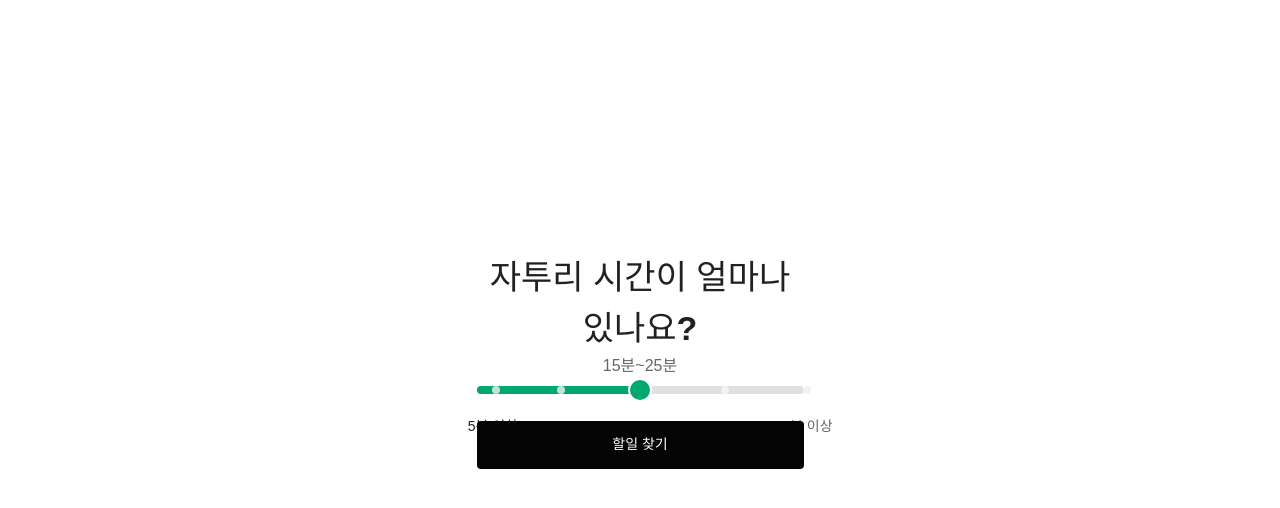
Repository: Tickley-Team/Tickley
Page: /survey
The author's editor kept a copy of each file at every save. The page is drawn from the files as they stood at one save, then again after the next save.
The browser window is 1280 px wide. The pictures show the whole page.
The project was rebuilt for these pictures with package versions that can differ from the ones it lists, and the page was loaded fresh each time. Also part of the build but not shown: vite.config.ts, src/components/BottomNavbar.css, src/components/BottomNavbar.tsx, src/hooks/useLocalStorage.ts, src/stores/timeLeftStore.ts, src/utils.ts, src/components/BasicDialog.tsx, src/pages/Todos.tsx and 12 more.

Above is the page before, as saved 2024-12-09 16:23:01.

### index.html
<!doctype html>
<html lang="en">
  <head>
    <meta charset="UTF-8" />
    <link rel="icon" type="image/svg+xml" href="/src/assets/tickley-favicon.svg" />
    <meta name="viewport" content="width=device-width, initial-scale=1.0" />
    <title>Tickley</title>
    <meta name="description" content="자투리 시간을 알차게 보내고 싶으신가요? 그럼 티클리!">
    <meta property="og:title" content="Tickley">
    <meta property="og:url" content="https://tickley-team.github.io/Tickley/">
    <meta property="og:image" content="https://tickley-team.github.io/Tickley/cute-tickley.png">
    <meta property="og:description" content="자투리 시간을 알차게 보내고 싶으신가요? 그럼 티클리!">
  </head>
  <body>
    <div id="root"></div>
    <script type="module" src="/src/main.tsx"></script>
  </body>
</html>

### src/index.css
:root {
  font-family: Pretandard, system-ui, Avenir, Helvetica, Arial, sans-serif;

  color-scheme: light dark;
  font-synthesis: none;
  text-rendering: optimizeLegibility;
  -webkit-font-smoothing: antialiased;
  -moz-osx-font-smoothing: grayscale;
}

@font-face {
  font-family: 'S-CoreDream-5Medium';
  src: url('https://fastly.jsdelivr.net/gh/projectnoonnu/noonfonts_six@1.2/S-CoreDream-5Medium.woff')
    format('woff');
  font-weight: 500;
  font-style: normal;
}

@font-face {
  font-family: 'S-CoreDream-6Bold';
  src: url('https://fastly.jsdelivr.net/gh/projectnoonnu/noonfonts_six@1.2/S-CoreDream-6Bold.woff')
    format('woff');
  font-weight: 600;
  font-style: normal;
}

@font-face {
  font-family: 'S-CoreDream-8Heavy';
  src: url('https://fastly.jsdelivr.net/gh/projectnoonnu/noonfonts_six@1.2/S-CoreDream-8Heavy.woff')
    format('woff');
  font-weight: 800;
  font-style: normal;
}

@font-face {
  font-family: 'S-CoreDream-7ExtraBold';
  src: url('https://fastly.jsdelivr.net/gh/projectnoonnu/noonfonts_six@1.2/S-CoreDream-7ExtraBold.woff')
    format('woff');
  font-weight: 700;
  font-style: normal;
}

### src/App.tsx
import './App.css'

import Todos from './pages/Todos'
import TodosFind from './pages/TodosFind'
import SurveySpareTime from './pages/SurveySpareTime'
import Home from './pages/Home'
import OnboardingPage from './pages/OnboardingPage'
import TodosMemory from './pages/TodosMemory'
import ProgressTimer from './pages/ProgressTimer'
import CompletedTimer from './pages/CompletedTimer'
import { fetchRecommendTodos } from './api/fetchRecommendTodos'
import { createBrowserRouter, RouterProvider } from 'react-router'
import { ThemeProvider } from '@mui/material/styles'
import { TickleyTheme } from './theme'
import CssBaseline from '@mui/material/CssBaseline'

function App() {
  const isProduction = process.env.NODE_ENV === 'production'
  const basename = isProduction ? '/Tickley' : '/'

  const router = createBrowserRouter(
    [
      {
        path: '/',
        element: <Home />,
      },
      {
        path: '/todos',
        element: <Todos />,
      },
      {
        path: '/todos/find',
        element: <TodosFind />,
        loader: () =>
          fetchRecommendTodos(
            `${import.meta.env.BASE_URL}data/todoRecommendData.json`,
          ),
      },
      {
        path: '/todos/memory',
        element: <TodosMemory />,
      },
      {
        path: '/survey',
        element: <SurveySpareTime />,
      },
      {
        path: '/onboarding/:onboardingId',
        element: <OnboardingPage />,
      },
      {
        path: '/timer/progress',
        element: <ProgressTimer />,
      },
      {
        path: '/timer/completed',
        element: <CompletedTimer />,
      },
    ],
    {
      basename,
    },
  )

  return (
    <ThemeProvider theme={TickleyTheme}>
      <RouterProvider router={router} />
      <CssBaseline />
    </ThemeProvider>
  )
}

export default App

### src/App.css
#root {
  /* max-width: 1280px; */
  margin: 0 auto;
  text-align: center;
}

### src/pages/SurveySpareTime/index.tsx
import { useCallback } from 'react'
import { useNavigate } from 'react-router'
import { MobileLayout } from '../../layout/MobileLayout'
import { RangeSlider } from '../../components/RangeSlider'
import { Typography } from '@mui/material'
import { CTAButton } from '../../components/Button'

const SurveySpareTime = () => {
  const navigate = useNavigate()
  const handleClickButton = useCallback(() => {
    navigate('/todos/find')
  }, [])
  return (
    <MobileLayout>
      <Typography variant="title-6-bold-34">
        자투리 시간이 얼마나 있나요?
      </Typography>
      <RangeSlider />
      <CTAButton onClick={handleClickButton}>할일 찾기 </CTAButton>
    </MobileLayout>
  )
}

export default SurveySpareTime

### src/api/fetchRecommendTodos.ts
import { RecommendTodo } from '../types'

export const fetchRecommendTodos = async (
  path: string,
): Promise<Array<RecommendTodo>> => {
  try {
    const response = await fetch(path)
    if (!response.ok) {
      throw new Error(`HTTP error! status: ${response.status}`)
    }
    return response.json()
  } catch (error) {
    if (error instanceof Error) {
      throw new Error(`데이터 로드 실패: ${error.message}`)
    }
    throw new Error('알 수 없는 에러가 발생했습니다')
  }
}

### src/theme.ts
import { createTheme } from '@mui/material/styles'

import tokens from './assets/tokens.json'

import React from 'react'

export const TickleyTheme = createTheme({
  palette: {
    primary100: tokens.color.pri100.value,
    primary500: tokens.color.pri500.value,
    primary900: tokens.color.pri900.value,

    gray100: tokens.color.gray100.value,
    gray200: tokens.color.gray200.value,
    gray300: tokens.color.gray300.value,
    gray400: tokens.color.gray400.value,
    gray600: tokens.color.gray600.value,
    gray700: tokens.color.gray700.value,
    gray800: tokens.color.gray800.value,
    gray900: tokens.color.gray900.value,
    gray1000: tokens.color.gray1000.value,

    semanticRed: '#F24822',
    semanticPurple1: '#5B67BA',
    semanticGreen: '#009951',
    semanticGreen1: '#D6F2CC',
    semanticGreen2: '#B2DDA2',
    semanticGreen3: '#7BB766',
    semanticGreen4: '#367A1E',
  },

  typography: {
    fontFamily: '"S-CoreDream", Arial, sans-serif',

    'headline-8-heavy': {
      fontWeight: 800,

      fontSize: '48px',
    },

    'headline-5-medium': {
      fontWeight: 500,

      fontSize: '66px',
    },

    'title-6-bold-34': {
      fontWeight: 600,

      fontSize: '34px',
    },

    'title-5-medium-26': {
      fontWeight: 500,

      fontSize: '26px',
    },

    'title-7-extrabold-20': {
      fontWeight: 700,

      fontSize: '20px',
    },

    'title-5-medium-18': {
      fontWeight: 500,

      fontSize: '18px',
    },

    'title-5-medium-16': {
      fontWeight: 500,

      fontSize: '16px',
    },

    'title-5-medium-12': {
      fontWeight: 500,

      fontSize: '12px',
    },
  },
})

//TODO: 타입 정의 파일로 옮기기

declare module '@mui/material/styles' {
  interface Palette {
    primary100: string
    primary500: string
    primary900: string
    gray100: string
    gray200: string
    gray300: string
    gray400: string
    gray600: string
    gray700: string
    gray800: string
    gray900: string
    gray1000: string

    semanticGreen1: string
    semanticGreen2: string
    semanticGreen3: string
    semanticGreen4: string
    semanticRed: string
    semanticPurple1: string
    semanticGreen: string
  }

  interface PaletteOptions {
    primary100: string
    primary500: string
    primary900: string
    gray100: string
    gray200: string
    gray300: string
    gray400: string
    gray600: string
    gray700: string
    gray800: string
    gray900: string
    gray1000: string

    semanticGreen1: string
    semanticGreen2: string
    semanticGreen3: string
    semanticGreen4: string
    semanticRed: string
    semanticPurple1: string
    semanticGreen: string
  }
}

declare module '@mui/material/Typography' {
  interface TypographyPropsVariantOverrides {
    'headline-5-medium': true

    'headline-8-heavy': true

    'title-6-bold-34': true

    'title-5-medium-26': true

    'title-7-extrabold-20': true

    'title-5-medium-18': true

    'title-5-medium-16': true

    'title-5-medium-12': true
  }
}

declare module '@mui/material/styles' {
  interface TypographyVariants {
    'headline-5-medium': React.CSSProperties

    'headline-8-heavy': React.CSSProperties

    'title-6-bold-34': React.CSSProperties

    'title-5-medium-26': React.CSSProperties

    'title-7-extrabold-20': React.CSSProperties

    'title-5-medium-18': React.CSSProperties

    'title-5-medium-16': React.CSSProperties

    'title-5-medium-12': React.CSSProperties
  }

  interface TypographyVariantsOptions {
    'headline-5-medium'?: React.CSSProperties

    'headline-8-heavy'?: React.CSSProperties

    'title-6-bold-34'?: React.CSSProperties

    'title-5-medium-26'?: React.CSSProperties

    'title-7-extrabold-20'?: React.CSSProperties

    'title-5-medium-18'?: React.CSSProperties

    'title-5-medium-16'?: React.CSSProperties

    'title-5-medium-12'?: React.CSSProperties
  }
}

### src/components/RangeSlider.tsx
import styled from '@emotion/styled'
import { Box, Slider, SliderProps, Typography } from '@mui/material'
import { useRecommendTodoFilterStore } from '../stores/recommendTodoFilterStore'

type RangeSliderProps = Partial<SliderProps>

const RangeMapper = [
  { value: 5, label: '5분 이하', displayText: '5분 이하', time: 5 },
  { value: 25, label: '', displayText: '5분~15분', time: 15 },
  { value: 50, label: '', displayText: '15분~25분', time: 25 },
  { value: 75, label: '', displayText: '25분~35분', time: 35 },
  { value: 100, label: '40분 이상', displayText: '40분 이상', time: 40 },
]

export const RangeSlider = ({ ...restProps }: RangeSliderProps) => {
  const { spareTime, setSpareTime } = useRecommendTodoFilterStore()

  const handleChange = (_event: Event, value: number | number[]) => {
    const time = RangeMapper.find((step) => step.value === value)?.time
    setSpareTime(time ?? 5)
  }

  const marks = RangeMapper.map(({ value, label }) => ({
    value,
    label,
  }))
  return (
    <Box width={'100%'}>
      <Typography sx={{ mb: 1, color: '#666666' }}>
        {/* TODO: refactor 연산 */}
        {RangeMapper.find(({ time }) => time === spareTime)?.displayText}
      </Typography>
      <CustomSlider
        value={RangeMapper.find(({ time }) => time === spareTime)?.value}
        marks={marks}
        step={null}
        onChange={handleChange}
        {...restProps}
      />
    </Box>
  )
}

const CustomSlider = styled(Slider)({
  height: 8,
  padding: 0,
  '& .MuiSlider-rail': {
    opacity: 1,
    backgroundColor: '#E0E0E0', // gray300
  },
  '& .MuiSlider-track': {
    border: 'none',
    backgroundColor: '#00A76F', // pri500
  },
  '& .MuiSlider-thumb': {
    height: 24,
    width: 24,
    backgroundColor: '#00A76F', // pri500
    border: '2px solid #fff',
    '&:focus, &:hover, &.Mui-active, &.Mui-focusVisible': {
      boxShadow: 'inherit',
    },
    '&:before': {
      display: 'none',
    },
  },
  '& .MuiSlider-mark': {
    backgroundColor: '#F2F2F2', // gray200
    height: 8,
    width: 8,
    borderRadius: '50%',
    marginTop: 0,
  },
})

### src/layout/MobileLayout.tsx
import { Container } from '@mui/material'

export const MobileLayout = ({
  children,
  ...restProps
}: {
  children: React.ReactNode
}) => {
  return (
    <Container
      sx={{
        maxWidth: '375px', // 최대 너비 375px
        margin: '0 auto',
        backgroundColor: 'white',
        height: '100vh',
        display: 'flex', // Flexbox를 사용하여 콘텐츠 정렬
        flexDirection: 'column',
        justifyContent: 'center',
        alignItems: 'center',
        '@media (min-width: 1200px)': {
          maxWidth: '375px', // 1200px 이상에서도 375px 고정
        },
      }}
      {...restProps}
    >
      {/* 여기에 콘텐츠를 추가 */}
      {children}
    </Container>
  )
}

### src/stores/recommendTodoFilterStore.ts
import { create } from 'zustand'

interface RecommendTodoFilterStore {
  categoryName: string
  spareTime: number
  setSpareTime: (spareTime: number) => void
  setCategoryName: (categoryName: string) => void
}
export const useRecommendTodoFilterStore = create<RecommendTodoFilterStore>()(
  (set) => ({
    categoryName: '휴식',
    spareTime: 25,
    setSpareTime: (spareTime) => set({ spareTime }),
    setCategoryName: (categoryName) => set({ categoryName }),
  }),
)

### src/components/Button.tsx
import { Button as BaseButton, ButtonProps } from '@mui/material'
import { styled } from '@mui/system'

type Props = ButtonProps & {
  children: React.ReactNode
}
export const CTAButton = ({ children, ...restProps }: Props) => {
  return <Button {...restProps}>{children}</Button>
}

const Button = styled(BaseButton)(({ theme }) => ({
  height: 48,
  borderRadius: 4,
  width: '100%',
  justifyContent: 'center',
  alignItems: 'center',
  display: 'inline-flex',
  backgroundColor: theme.palette.gray1000, // theme 사용
  color: theme.palette.gray100, // theme 사용
}))

### src/assets/tokens.json
{
  "color": {
    "pri500": {
      "description": "",
      "type": "color",
      "value": "#1d997cff",
      "blendMode": "normal"
    },
    "pri100": {
      "description": "",
      "type": "color",
      "value": "#d7f6efff",
      "blendMode": "normal"
    },
    "pri900": {
      "description": "",
      "type": "color",
      "value": "#044637ff",
      "blendMode": "normal"
    },
    "gray1000": {
      "description": "",
      "type": "color",
      "value": "#040404ff",
      "blendMode": "normal"
    },
    "gray300": {
      "description": "",
      "type": "color",
      "value": "#f0f1f5ff",
      "blendMode": "normal"
    },
    "gray400": {
      "description": "",
      "type": "color",
      "value": "#d9dae2ff",
      "blendMode": "normal"
    },
    "gray500": {
      "description": "",
      "type": "color",
      "value": "#b9babfff",
      "blendMode": "normal"
    },
    "gray900": {
      "description": "",
      "type": "color",
      "value": "#232327ff",
      "blendMode": "normal"
    },
    "gray600": {
      "description": "",
      "type": "color",
      "value": "#999a9fff",
      "blendMode": "normal"
    },
    "gray700": {
      "description": "",
      "type": "color",
      "value": "#717277ff",
      "blendMode": "normal"
    },
    "gray800": {
      "description": "",
      "type": "color",
      "value": "#3f3f44ff",
      "blendMode": "normal"
    },
    "gray200": {
      "description": "",
      "type": "color",
      "value": "#f9fafcff",
      "blendMode": "normal"
    },
    "gray100": {
      "description": "",
      "type": "color",
      "value": "#ffffffff",
      "blendMode": "normal"
    }
  },
  "grid": {
    "grid": {
      "0": {
        "type": "custom-grid",
        "value": {
          "pattern": "columns",
          "gutterSize": 0,
          "alignment": "stretch",
          "count": 1,
          "offset": 16
        }
      },
      "1": {
        "type": "custom-grid",
        "value": {
          "pattern": "columns",
          "gutterSize": 16,
          "alignment": "stretch",
          "count": 4,
          "offset": 16
        }
      },
      "description": null
    }
  },
  "variable collection": {
    "pri500": { "type": "color", "value": "#f5c21aff", "blendMode": "normal" },
    "pri600": { "type": "color", "value": "#f5bb1aff", "blendMode": "normal" },
    "color": {
      "description": "",
      "type": "color",
      "value": "{variable collection.pri500}"
    }
  }
}

Loaded but not shown: src/main.tsx (common file)

After the next save:
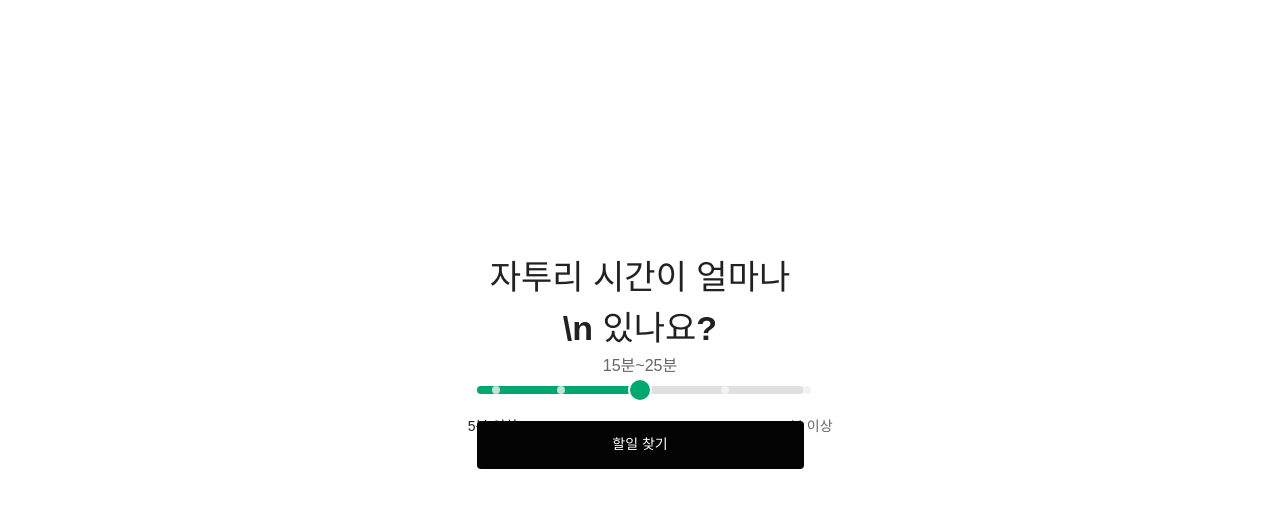
Saved 38 s later.
--- a/src/pages/SurveySpareTime/index.tsx
+++ b/src/pages/SurveySpareTime/index.tsx
@@ -13,7 +13,7 @@ const SurveySpareTime = () => {
   return (
     <MobileLayout>
       <Typography variant="title-6-bold-34">
-        자투리 시간이 얼마나 있나요?
+        자투리 시간이 얼마나\n 있나요?
       </Typography>
       <RangeSlider />
       <CTAButton onClick={handleClickButton}>할일 찾기 </CTAButton>

After the save that followed:
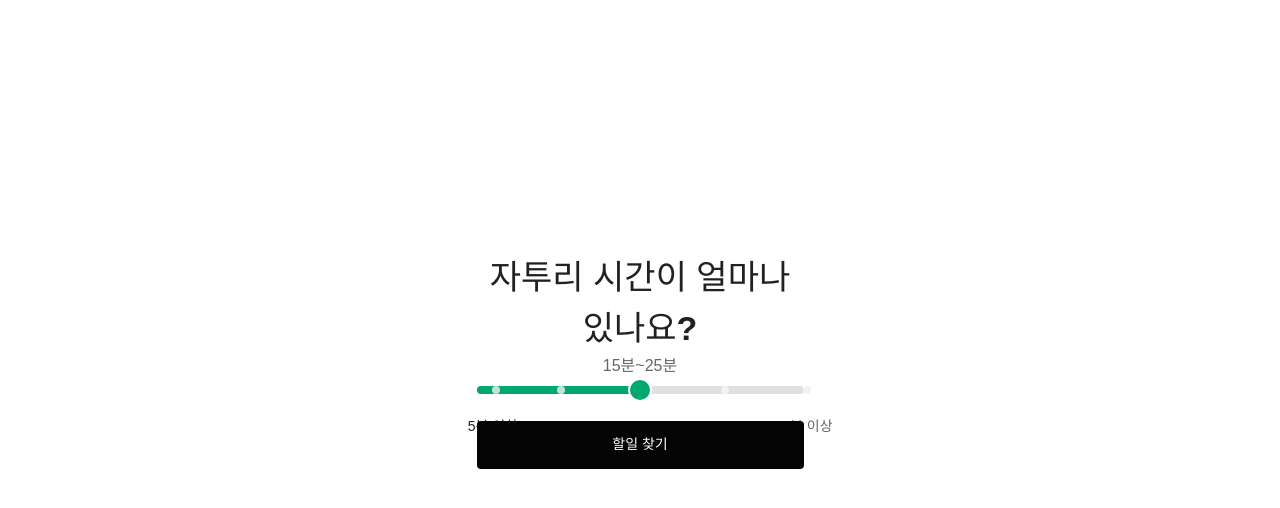
Saved 43 s later.
--- a/src/pages/SurveySpareTime/index.tsx
+++ b/src/pages/SurveySpareTime/index.tsx
@@ -13,7 +13,7 @@ const SurveySpareTime = () => {
   return (
     <MobileLayout>
       <Typography variant="title-6-bold-34">
-        자투리 시간이 얼마나\n 있나요?
+        {`자투리 시간이 얼마나\n 있나요?`}
       </Typography>
       <RangeSlider />
       <CTAButton onClick={handleClickButton}>할일 찾기 </CTAButton>
